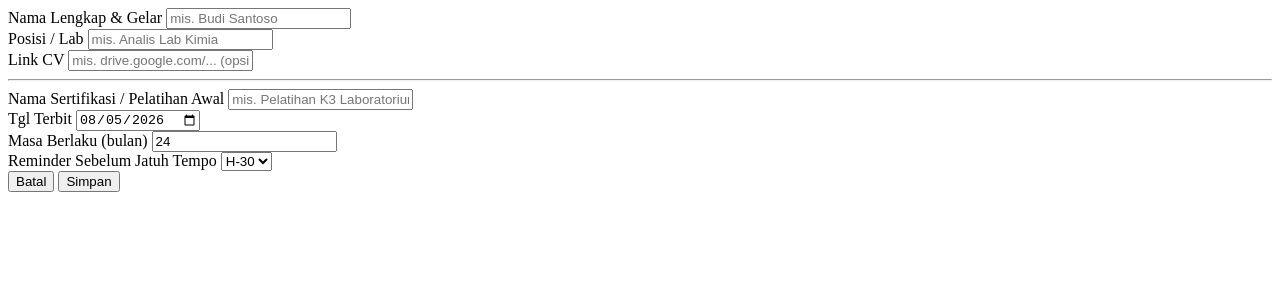
Repository: amelianeesa/sigmalab
Page: http://localhost/sdm/create
The author's editor kept a copy of each file at every save. The page is drawn from the files as they stood at one save, then again after the next save.
The browser window is 1280 px wide. The pictures show the whole page.
The page is served by the project's Laravel application, run on PHP 8.4 with Laravel 12. A made-up administrator, Test User (test@example.com), is signed in. Other server files are loaded and not shown.

Above is the page before, as saved 2026-08-05 14:20:33.

### routes/web.php
<?php

use Illuminate\Support\Facades\Route;
use App\Http\Controllers\AuthController;
use App\Http\Controllers\SdmController;

Route::get('/', [AuthController::class, 'showLogin']);
Route::get('/login', [AuthController::class, 'showLogin'])->name('login');
Route::post('/login', [AuthController::class, 'processLogin'])->name('login.process');

Route::get('/register', [AuthController::class, 'showRegister'])->name('register');
Route::post('/register', [AuthController::class, 'processRegister'])->name('register.process');

Route::post('/logout', [AuthController::class, 'logout'])->name('logout');

Route::middleware(['auth'])->group(function () {

    Route::get('/dashboard', function () {
        return view('dashboard-index');
    })->name('dashboard');

    Route::get('/sdm', [SdmController::class, 'index'])->name('sdm.index');
    Route::get('/sdm/create', [SdmController::class, 'create'])->name('sdm.create');
    Route::post('/sdm', [SdmController::class, 'store'])->name('sdm.store');
    Route::get('/sdm/{id}/edit', [SdmController::class, 'edit'])->name('sdm.edit');
    Route::put('/sdm/{id}', [SdmController::class, 'update'])->name('sdm.update');
    Route::delete('/sdm/{id}', [SdmController::class, 'destroy'])->name('sdm.destroy');

    Route::get('/sdm/{id}/kompetensi', [SdmController::class, 'kompetensiDetail'])->name('sdm.kompetensi.detail');
    Route::get('/sdm/{id}/cv', [SdmController::class, 'showCv'])->name('sdm.cv');
});

### app/Models/User.php
<?php

namespace App\Models;

use Illuminate\Database\Eloquent\Factories\HasFactory;
use Illuminate\Foundation\Auth\User as Authenticatable;
use Illuminate\Notifications\Notifiable;

class User extends Authenticatable
{
    use HasFactory, Notifiable;

    protected $table = 'users';
    protected $primaryKey = 'users_id';

    protected $fillable = [
        'personil_id',
        'username',
        'email',
        'password',
        'role_id',
        'status_aktif',
    ];

    protected $hidden = [
        'password',
    ];

    public function personil()
    {
        return $this->belongsTo(Personil::class, 'personil_id', 'personil_id');
    }

    public function role()
    {
        return $this->belongsTo(Role::class, 'role_id', 'roles_id');
    }
}

### app/Http/Controllers/SdmController.php
<?php
namespace App\Http\Controllers;

use Illuminate\Http\Request;
use App\Models\Personil; // Sesuaikan dengan model Anda
use App\Models\KompetensiPersonil;
use Illuminate\Support\Facades\Storage;

class SdmController extends Controller
{
    public function index()
    {
        $personil = Personil::where('status_aktif', true)->get();
        return view('sdm.index', compact('personil'));
    }

    public function create()
    {
        return view('sdm.create');
    }

    public function store(Request $request)
    {
        $request->validate([
            'no_induk' => 'required|unique:personil,no_induk',
            'nama' => 'required|string|max:100',
            'jabatan' => 'required|string|max:100',
            'unit_kerja' => 'required|string|max:100',
            'file_cv' => 'nullable|mimes:pdf|max:2048',
        ]);

        $cvName = null;
        if ($request->hasFile('file_cv')) {
            $cvName = time() . '_' . $request->file_cv->getClientOriginalName();
            $request->file_cv->storeAs('public/uploads/cv', $cvName);
        }

        Personil::create([
            'no_induk' => $request->no_induk,
            'nama' => $request->nama,
            'jabatan' => $request->jabatan,
            'unit_kerja' => $request->unit_kerja,
            'file_cv' => $cvName,
            'status_aktif' => true,
        ]);

        return redirect()->route('sdm.index')->with('success', 'Data personil berhasil ditambahkan.');
    }

    public function edit($id)
    {
        $personil = Personil::findOrFail($id);
        return view('sdm.edit', compact('personil'));
    }

    public function update(Request $request, $id)
    {
        $personil = Personil::findOrFail($id);

        $request->validate([
            'no_induk' => 'required|unique:personil,no_induk,' . $id . ',personil_id',
            'nama' => 'required|string|max:100',
            'jabatan' => 'required|string|max:100',
            'unit_kerja' => 'required|string|max:100',
            'file_cv' => 'nullable|mimes:pdf|max:2048',
        ]);

        if ($request->hasFile('file_cv')) {
            if ($personil->file_cv && Storage::exists('public/uploads/cv/' . $personil->file_cv)) {
                Storage::delete('public/uploads/cv/' . $personil->file_cv);
            }
            $cvName = time() . '_' . $request->file_cv->getClientOriginalName();
            $request->file_cv->storeAs('public/uploads/cv', $cvName);
            $personil->file_cv = $cvName;
        }

        $personil->update([
            'no_induk' => $request->no_induk,
            'nama' => $request->nama,
            'jabatan' => $request->jabatan,
            'unit_kerja' => $request->unit_kerja,
        ]);

        return redirect()->route('sdm.index')->with('success', 'Data personil berhasil diperbarui.');
    }

    public function destroy($id)
    {
        $personil = Personil::findOrFail($id);
        // Soft delete sesuai rancangan database
        $personil->update(['status_aktif' => false]);

        return redirect()->route('sdm.index')->with('success', 'Data personil dinonaktifkan (Soft Delete).');
    }

    public function kompetensiDetail($id)
    {
        $personil = Personil::with('kompetensi')->findOrFail($id); // Asumsi relasi 'kompetensi' ada di Model Personil
        return view('sdm.kompetensi_detail', compact('personil'));
    }

    public function showCv($id)
{
    $personil = Personil::findOrFail($id);


    $cvUrl = $personil->file_cv ? asset('storage/uploads/cv/' . $personil->file_cv) : null;

    return view('sdm.cv_view', compact('personil', 'cvUrl'));
}
}

### resources/views/sdm/create.blade.php
<form action="{{ route('sdm.store') }}" method="POST" enctype="multipart/form-data">
    @csrf
    <div class="modal-body p-4 bg-white" style="max-height: 70vh; overflow-y: auto;">

        <!-- Informasi Personil -->
        <div class="mb-3">
            <label class="form-label fw-semibold text-dark small">Nama Lengkap & Gelar</label>
            <input type="text" name="nama" class="form-control" value="{{ old('nama') }}" placeholder="mis. Budi Santoso" required>
        </div>

        <div class="mb-3">
            <label class="form-label fw-semibold text-dark small">Posisi / Lab</label>
            <input type="text" name="jabatan" class="form-control" value="{{ old('jabatan') }}" placeholder="mis. Analis Lab Kimia" required>
        </div>

        <div class="mb-3">
            <label class="form-label fw-semibold text-dark small">Link CV</label>
            <input type="text" name="link_cv" class="form-control" value="{{ old('link_cv') }}" placeholder="mis. drive.google.com/... (opsional)">
        </div>

        <hr class="my-4 text-muted opacity-25">

        <!-- Informasi Sertifikasi Awal -->
        <div class="mb-3">
            <label class="form-label fw-semibold text-dark small">Nama Sertifikasi / Pelatihan Awal</label>
            <input type="text" name="nama_sertifikasi" class="form-control" value="{{ old('nama_sertifikasi') }}" placeholder="mis. Pelatihan K3 Laboratorium">
        </div>

        <div class="row">
            <div class="col-md-6 mb-3">
                <label class="form-label fw-semibold text-dark small">Tgl Terbit</label>
                <input type="date" name="tgl_terbit" class="form-control" value="{{ old('tgl_terbit', date('Y-m-d')) }}">
            </div>
            <div class="col-md-6 mb-3">
                <label class="form-label fw-semibold text-dark small">Masa Berlaku (bulan)</label>
                <input type="number" name="masa_berlaku" class="form-control" value="{{ old('masa_berlaku', 24) }}" placeholder="24">
            </div>
        </div>

        <div class="mb-3">
            <label class="form-label fw-semibold text-dark small">Reminder Sebelum Jatuh Tempo</label>
            <select name="reminder" class="form-select">
                <option value="H-30">H-30</option>
                <option value="H-60">H-60</option>
                <option value="H-90">H-90</option>
            </select>
        </div>

    </div>

    <div class="modal-footer bg-light px-4 py-3 border-0">
        <button type="button" class="btn btn-light border px-4 text-secondary fw-semibold" data-bs-dismiss="modal">Batal</button>
        <button type="submit" class="btn btn-dark px-4 fw-semibold shadow-sm">Simpan</button>
    </div>
</form>

Loaded but not shown: app/Http/Controllers/Controller.php (common file)

After the next save:
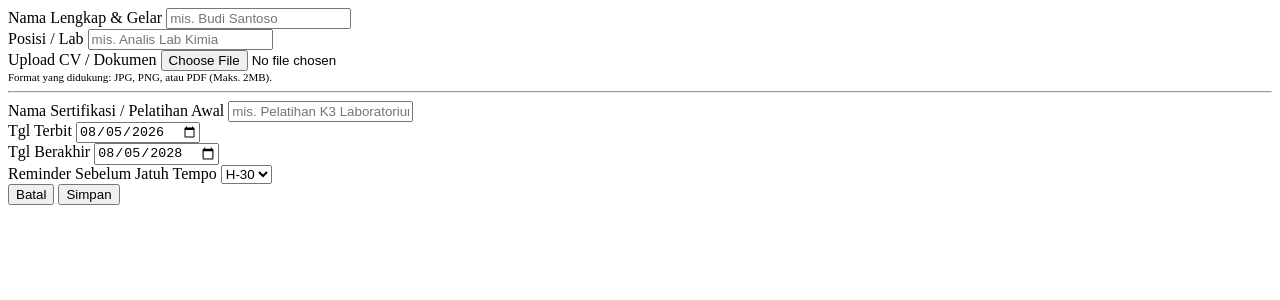
Saved 2 min 31 s later.
--- a/resources/views/sdm/create.blade.php
+++ b/resources/views/sdm/create.blade.php
@@ -14,8 +14,9 @@
         </div>
 
         <div class="mb-3">
-            <label class="form-label fw-semibold text-dark small">Link CV</label>
-            <input type="text" name="link_cv" class="form-control" value="{{ old('link_cv') }}" placeholder="mis. drive.google.com/... (opsional)">
+            <label class="form-label fw-semibold text-dark small">Upload CV / Dokumen</label>
+            <input type="file" name="file_cv" class="form-control" accept="image/*,application/pdf">
+            <div class="form-text text-muted" style="font-size: 11px;">Format yang didukung: JPG, PNG, atau PDF (Maks. 2MB).</div>
         </div>
 
         <hr class="my-4 text-muted opacity-25">
@@ -32,17 +33,17 @@
                 <input type="date" name="tgl_terbit" class="form-control" value="{{ old('tgl_terbit', date('Y-m-d')) }}">
             </div>
             <div class="col-md-6 mb-3">
-                <label class="form-label fw-semibold text-dark small">Masa Berlaku (bulan)</label>
-                <input type="number" name="masa_berlaku" class="form-control" value="{{ old('masa_berlaku', 24) }}" placeholder="24">
+                <label class="form-label fw-semibold text-dark small">Tgl Berakhir</label>
+                <input type="date" name="tgl_berakhir" class="form-control" value="{{ old('tgl_berakhir', date('Y-m-d', strtotime('+2 years'))) }}">
             </div>
         </div>
 
         <div class="mb-3">
             <label class="form-label fw-semibold text-dark small">Reminder Sebelum Jatuh Tempo</label>
             <select name="reminder" class="form-select">
-                <option value="H-30">H-30</option>
-                <option value="H-60">H-60</option>
-                <option value="H-90">H-90</option>
+                <option value="H-30" {{ old('reminder') == 'H-30' ? 'selected' : '' }}>H-30</option>
+                <option value="H-60" {{ old('reminder') == 'H-60' ? 'selected' : '' }}>H-60</option>
+                <option value="H-90" {{ old('reminder') == 'H-90' ? 'selected' : '' }}>H-90</option>
             </select>
         </div>
 
